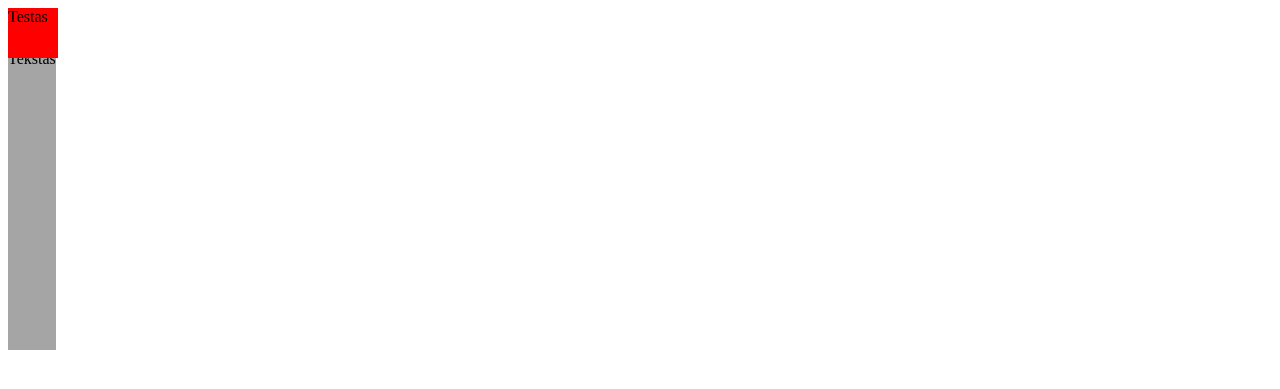
Repository: motiejus1/13-paskaita-05.31
Page: index.html
An editor plug-in stored every save of this project. The page is shown before and after a run of saves, followed by the edit.
The browser window is 1280 px wide. The pictures show the whole page.

Above is the page before, as saved 2021-06-21 19:30:38.

After the next 2 saves:
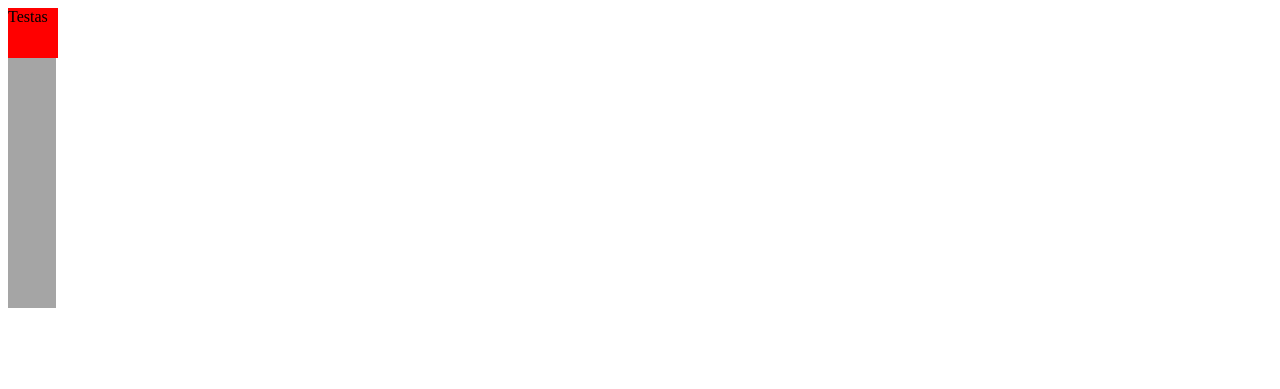
The 2 saves are shown as one change because they came seconds apart.
The last was saved 66 s later.
--- a/index.html
+++ b/index.html
@@ -10,6 +10,7 @@
             height: 300px;
             background-color: rgb(165, 165, 165) ;
             position: absolute;
+            z-index:
             top: 50px;
         }
 

After the 4 saves that followed:
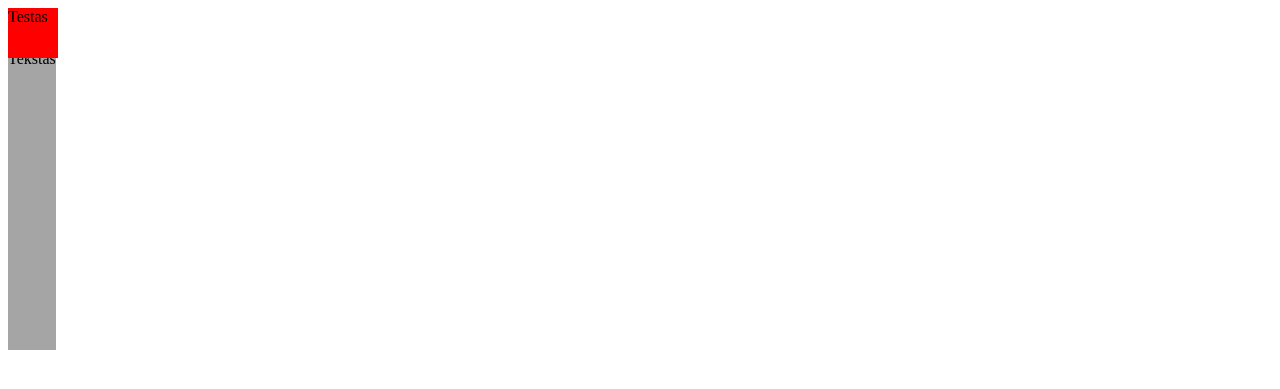
The 4 saves are shown as one change because they came seconds apart.
The last was saved 10 s later.
--- a/index.html
+++ b/index.html
@@ -10,7 +10,7 @@
             height: 300px;
             background-color: rgb(165, 165, 165) ;
             position: absolute;
-            z-index:
+            z-index: ; /**/
             top: 50px;
         }
 
